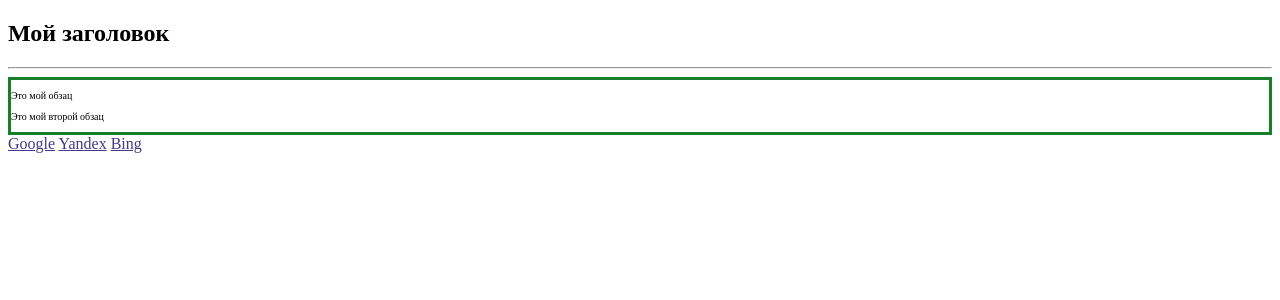
Repository: urserg/html_basic
Page: index.html
These files come from the project's save history. The page is drawn as it stood at one moment and after a run of saves; the edit follows.
The browser window is 1280 px wide. The pictures show the whole page.

Above is the page before, as saved 2021-03-18 22:41:55.

### index.html
<!DOCTYPE html>
<html lang="en">

<head>
    <meta charset="UTF-8">
    <meta http-equiv="X-UA-Compatible" content="IE=edge">
    <meta name="viewport" content="width=device-width, initial-scale=1.0">
    <title>Document2</title>

</head>
<link rel="stylesheet" href="style.css">

<body>
   <h2> Мой заголовок</h2>
    <hr>

    <div style="border-width: 3px; border-style: solid; border-color: rgb(23, 127, 41);">
        <p> Это мой обзац</p>
        <p> Это мой второй обзац</p>
    </div>


    <a href="https://google.com">Google</a>
    <a href="https://yandex.ru">Yandex</a>
    <a href="https://bing.ru">Bing</a>

    <style>

    </style>
</body>

</html>

### style.css
a {
    color: #45398b;
}

p {
    font-size: 10px;
}

After the next 2 saves:
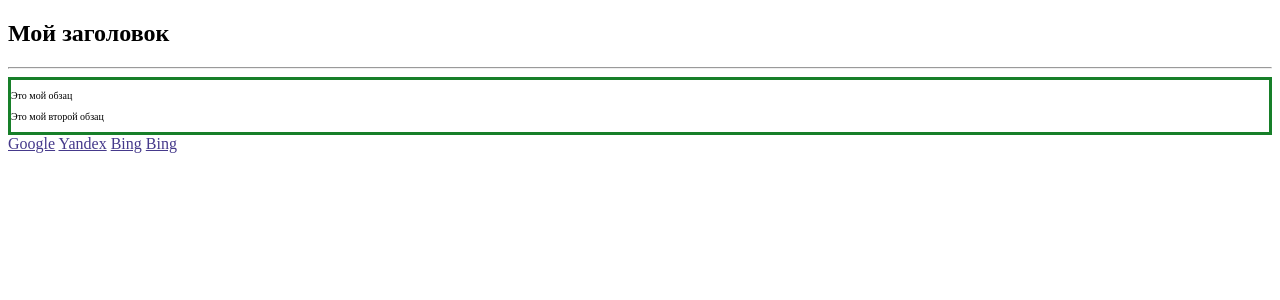
The 2 saves are shown as one change because they came seconds apart.
The last was saved 6 s later.
--- a/index.html
+++ b/index.html
@@ -23,6 +23,8 @@
     <a href="https://google.com">Google</a>
     <a href="https://yandex.ru">Yandex</a>
     <a href="https://bing.ru">Bing</a>
+    <a href="https://bing.ru">Bing</a>
+
 
     <style>
 
